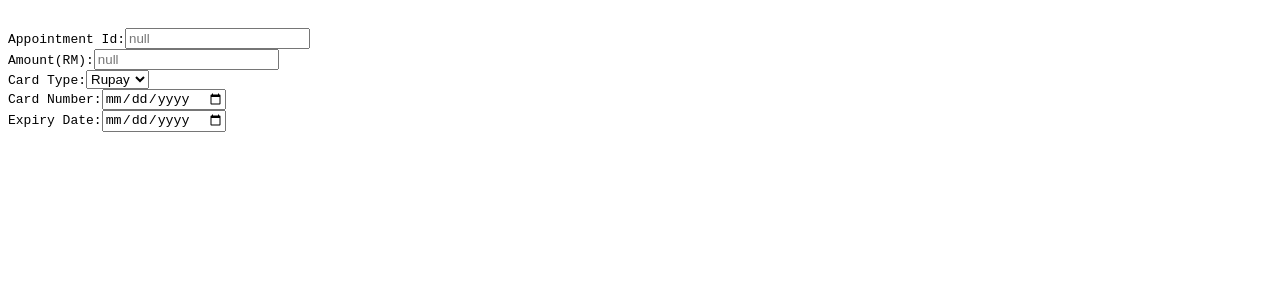
Repository: anujsoni10001/JSP-Servlet
Page: http://localhost/Minor/MakePayment.jsp
The author's editor kept a copy of each file at every save. The page is drawn from the files as they stood at one save, then again after the next save.
The browser window is 1280 px wide. The pictures show the whole page.
The page is served by Tomcat 9. Other server files are loaded and not shown.

Above is the page before, as saved 2019-03-22 10:13:21.

### FinalProject/minor - Copy/Minor/WebContent/MakePayment.jsp
<%
String apt_id=request.getParameter("a_id");
String chargesRM=request.getParameter("charges");
%>
<%@ page language="java" contentType="text/html; charset=ISO-8859-1"
    pageEncoding="ISO-8859-1"%>
<!DOCTYPE html PUBLIC "-//W3C//DTD HTML 4.01 Transitional//EN" "http://www.w3.org/TR/html4/loose.dtd">
<html>
<head>
<meta http-equiv="Content-Type" content="text/html; charset=ISO-8859-1">
<title>Payment</title>
</head>
<body>
<pre>
<form>
Appointment Id:<input type="text" placeholder=<%=apt_id%>>
Amount(RM):<input type="text" placeholder="<%=chargesRM%>">
Card Type:<select>
<option>Rupay</option>
<option>Master</option>
<option>VISA</option>
</select>
Card Number:<input type="date">
Expiry Date:<input type="date">

</form>
</pre>
</body>
</html>

After the next save:
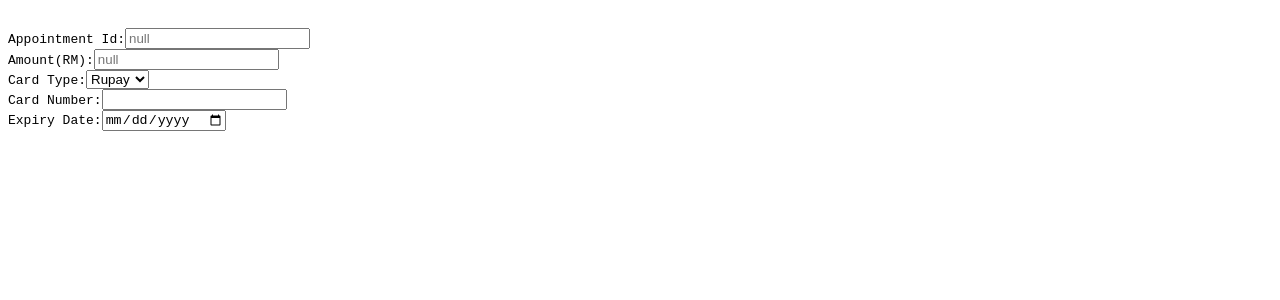
Saved 27 s later.
--- a/FinalProject/minor - Copy/Minor/WebContent/MakePayment.jsp
+++ b/FinalProject/minor - Copy/Minor/WebContent/MakePayment.jsp
@@ -20,7 +20,7 @@ Card Type:<select>
 <option>Master</option>
 <option>VISA</option>
 </select>
-Card Number:<input type="date">
+Card Number:<input type="text">
 Expiry Date:<input type="date">
 
 </form>
